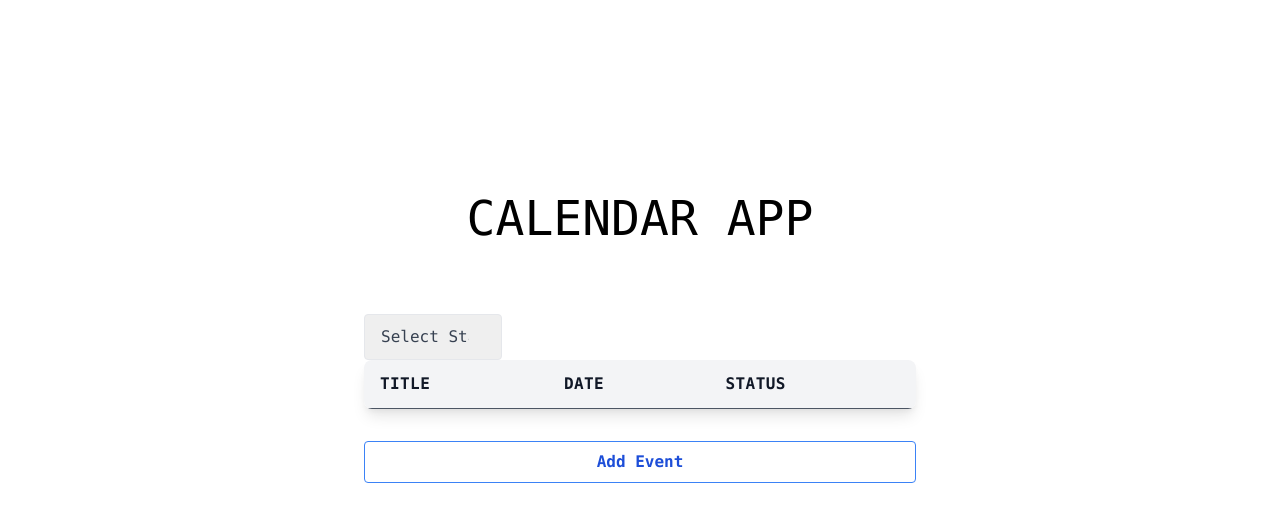
Repository: maikeru-desu/parking-lot
Page: / (app in parking-lot-fe/)
An editor plug-in stored every save of this project. The page is shown before and after the next save, followed by the edit.
The browser window is 1280 px wide. The pictures show the whole page.
The page's requests for data from a server got no answer. The project was rebuilt for these pictures with package versions that can differ from the ones it lists, and the page was loaded fresh each time. No one was signed in, and anything a server would have sent is missing. Also part of the build but not shown: parking-lot-fe/craco.config.js, parking-lot-fe/src/pages/Add.js, parking-lot-fe/src/pages/Edit.js.

Above is the page before, as saved 2021-10-14 08:25:00.

After the next save:
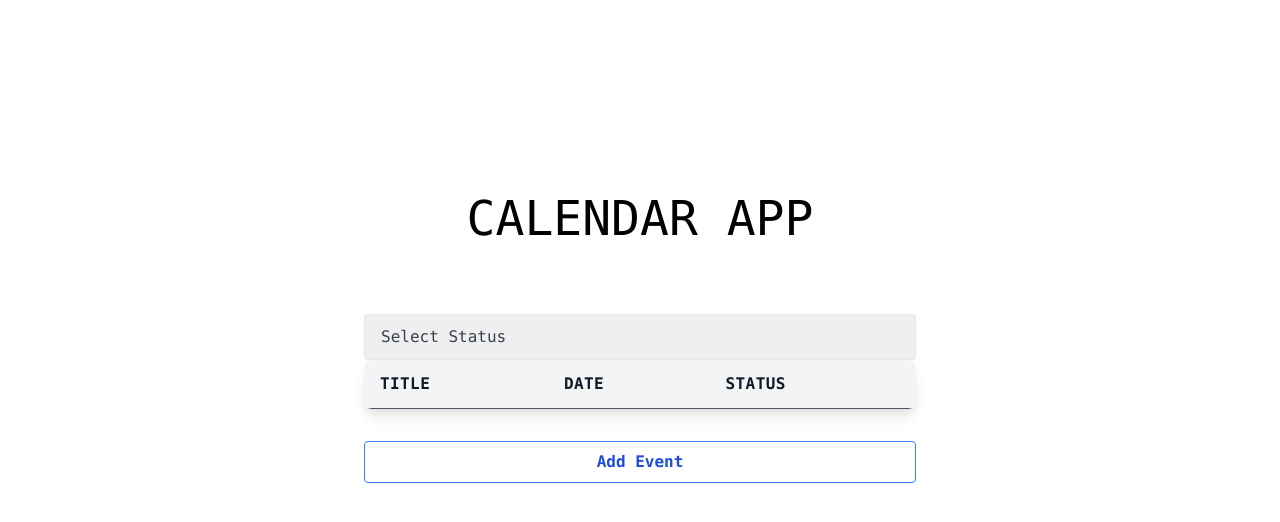
Saved 12 s later.
--- a/parking-lot-fe/src/pages/Home.js
+++ b/parking-lot-fe/src/pages/Home.js
@@ -26,7 +26,7 @@ const Home = () => {
                     name="status"
                     // value={status}
                     // onChange={handleChange}
-                    className="block appearance-none w-full border border-gray-200 text-gray-700 py-3 px-4 pr-8 rounded leading-tight focus:outline-none focus:bg-white focus:border-gray-500">
+                    className="col-span-4 block appearance-none w-full border border-gray-200 text-gray-700 py-3 px-4 pr-8 rounded leading-tight focus:outline-none focus:bg-white focus:border-gray-500">
                     <option>Select Status</option>
                     <option value="0">Pending</option>
                     <option value="2">Ongoing</option>
